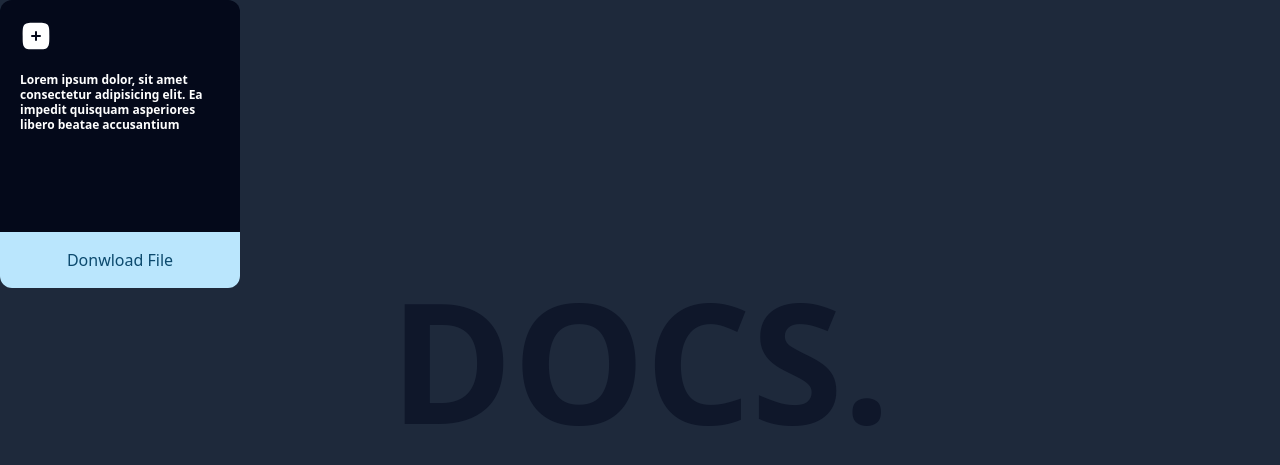
Repository: aliakbarmotallebi/framer-react
Page: /
These files come from the project's save history. The page is drawn as it stood at one moment and after the next save; the edit follows.
The browser window is 1280 px wide. The pictures show the whole page.
The project was rebuilt for these pictures with package versions that can differ from the ones it lists, and the page was loaded fresh each time.

Above is the page before, as saved 2024-08-14 18:41:22.

After the next save:
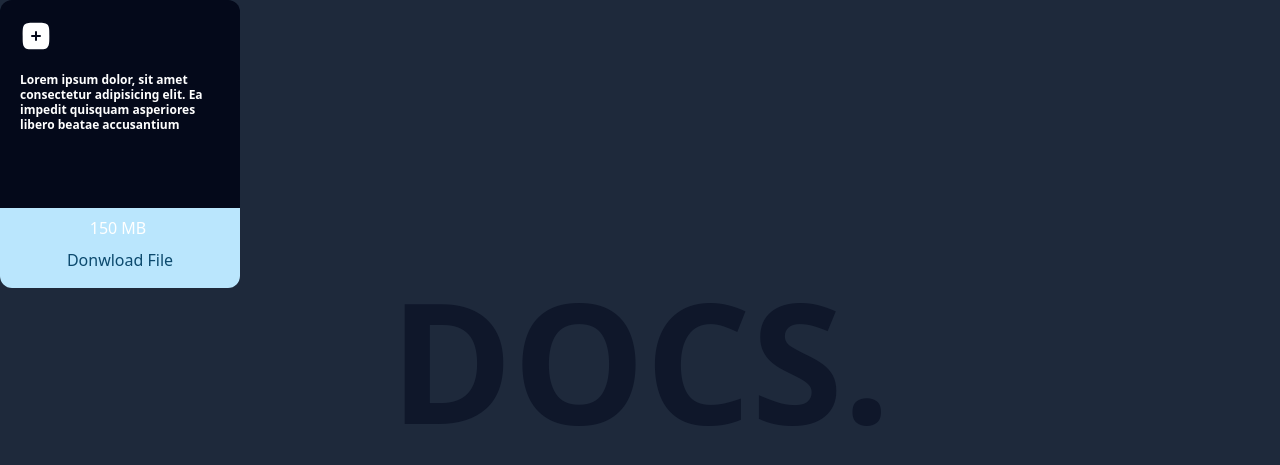
Saved 44 s later.
--- a/src/components/Card.jsx
+++ b/src/components/Card.jsx
@@ -9,6 +9,14 @@ class Card extends Component {
                     Lorem ipsum dolor, sit amet consectetur adipisicing elit. Ea impedit quisquam asperiores libero beatae accusantium
                 </p>
                 <div className="footer absolute bottom-0 bg-sky-200 w-full py-2 left-0 text-center">
+                    <div>
+                        <p>
+                            150
+                            <span className="font-medium px-1">
+                                MB
+                            </span>
+                        </p>
+                    </div>
                     <button className="text-sky-900 p-2 font-medium">
                         Donwload File
                     </button>
